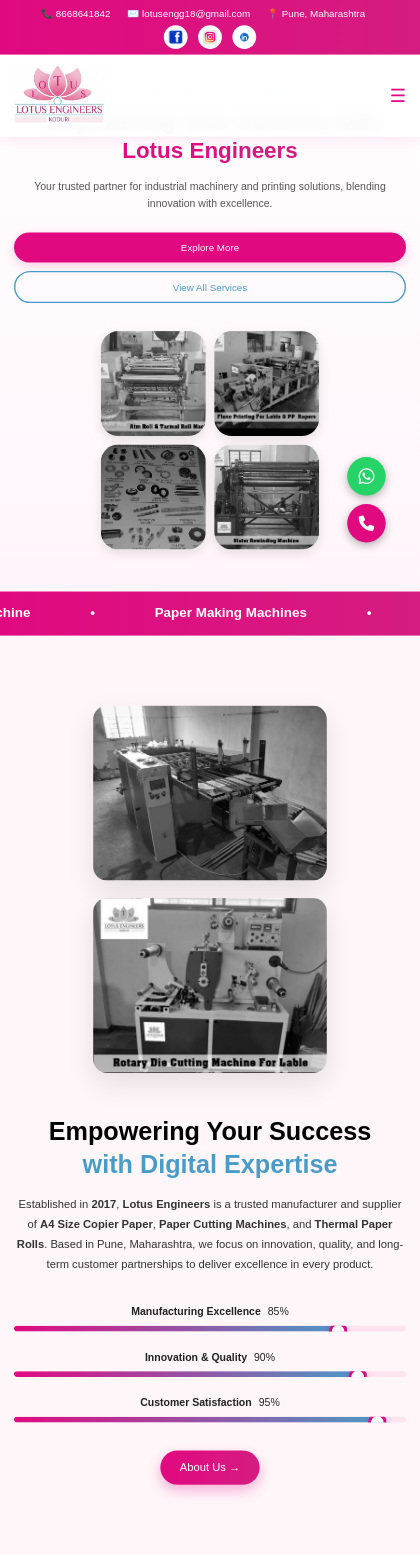
Repository: Khushichugh14/lotus-engineers
Page: index.html
The author's editor kept a copy of each file at every save. The page is drawn from the files as they stood at one save, then again after the next save.
The browser window is 600 px wide. The pictures show the part of the page from y = 0 to 2240 px (the page is 7348 px tall before and 7308 px after), at 70% of full size.
A picture or video elsewhere on the page could not be fetched, so the positions and the page height are approximate.

Above is the page before, as saved 2025-12-24 11:07:22.

After the next save:
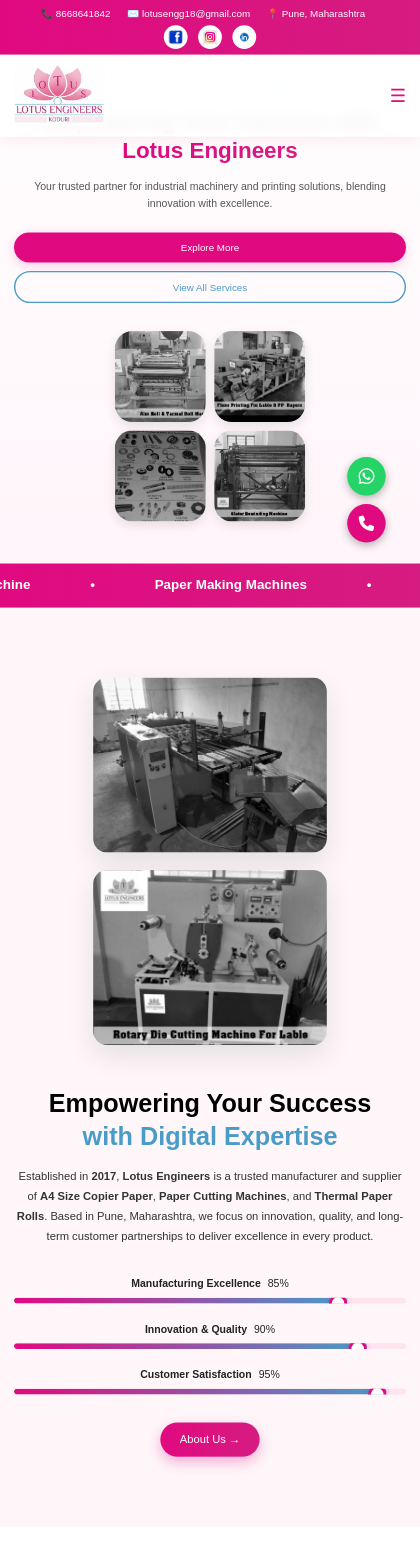
Saved 107 s later.
--- a/style.css
+++ b/style.css
@@ -931,3 +931,50 @@
 .t1 .bottom-line { animation-delay: 0s; }
 .t2 .bottom-line { animation-delay: 5s; }
 .t3 .bottom-line { animation-delay: 10s; }
+
+/* ==========================
+   RESPONSIVE – GLOBAL + HOME
+========================== */
+
+/* Tablets */
+@media (max-width: 1024px) {
+  .hero-container {
+    flex-direction: column;
+    text-align: center;
+    gap: 40px;
+  }
+
+  .hero-left p {
+    max-width: 100%;
+  }
+
+  .image-grid img {
+    width: 160px;
+    height: 160px;
+  }
+}
+
+/* Mobile */
+@media (max-width: 640px) {
+  .hero {
+    padding: 120px 20px 60px;
+  }
+
+  .hero-left h1 {
+    font-size: 2rem;
+  }
+
+  .hero-buttons {
+    flex-direction: column;
+    gap: 12px;
+  }
+
+  .image-grid {
+    grid-template-columns: repeat(2, 1fr);
+  }
+
+  .image-grid img {
+    width: 130px;
+    height: 130px;
+  }
+}
